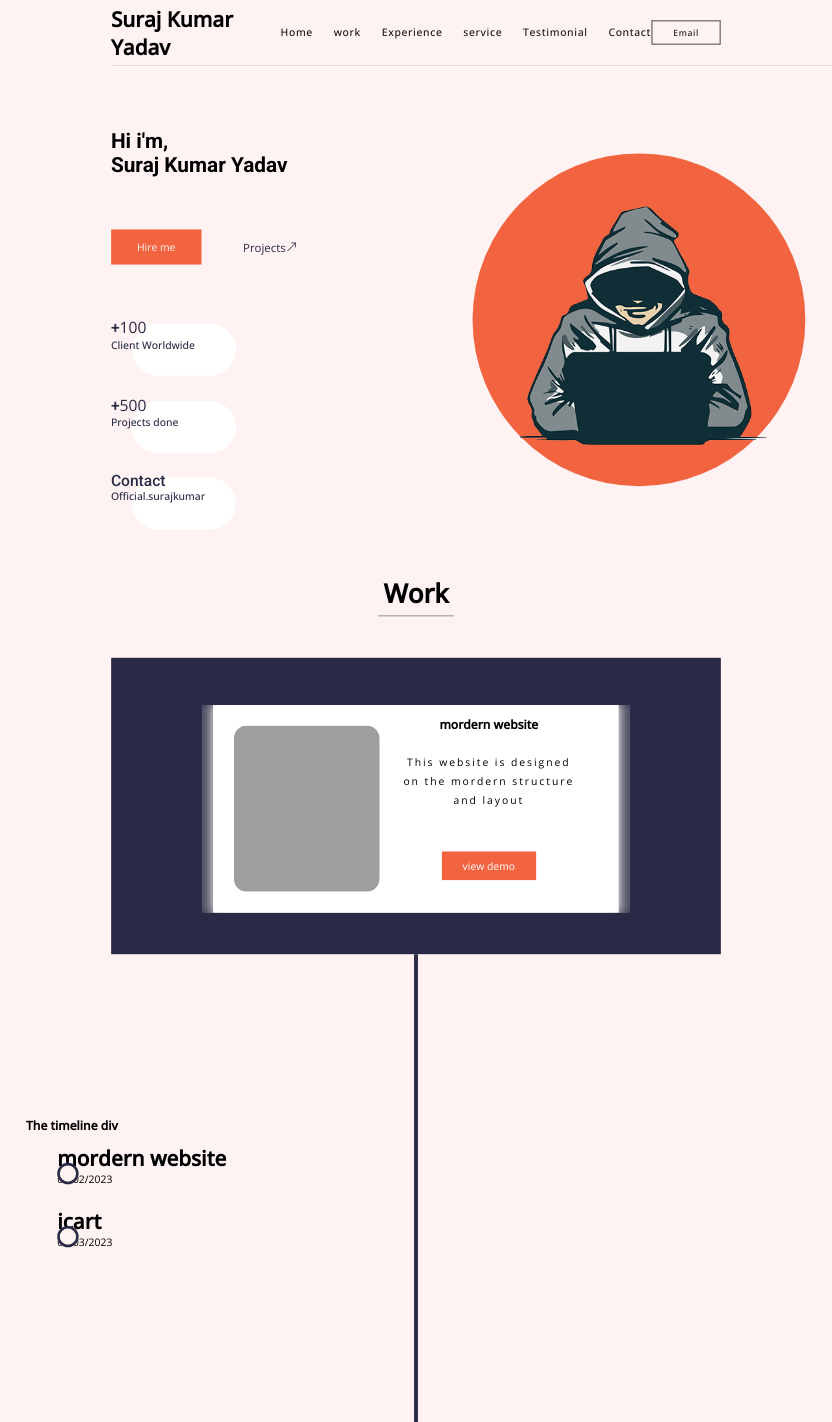
Repository: suraj-yadav7/portfolio-reactjs
Page: /
An editor plug-in stored every save of this project. The page is shown before and after the next save, followed by the edit.
The browser window is 1280 px wide. The pictures show the whole page, at 65% of full size.
Pictures or frames that could not be fetched are drawn as grey boxes. The project was rebuilt for these pictures with package versions that can differ from the ones it lists, and the page was loaded fresh each time.

Above is the page before, as saved 2023-04-10 19:04:19.

### src/index.js
import React from 'react';
import ReactDOM from 'react-dom/client';
import App from './App';
import './styles/app.scss'

const root = ReactDOM.createRoot(document.getElementById('root'));
root.render(
  <React.StrictMode>
    <App />
  </React.StrictMode>
);

### src/App.js
import Header from "./components/Header";
import Home from "./components/Home";
import Work from "./components/Work";
import Timeline from "./components/Timeline";


function App() {
  return (
    <>
      <Header/>
      <Home/>
      <Work/>
      <Timeline/>
    </>
  );
}

export default App;

### src/styles/app.scss
@import url('https://fonts.googleapis.com/css2?family=Open+Sans:wght@300;400;500&family=Roboto:ital,wght@0,300;0,500;0,700;1,700&display=swap');


@import "statics";
@import "animation";
@import "header";
@import "home";
@import "work";
@import "timeline";


* {
  margin: 0%;
  padding: 0%;
  font-family: $text2;
  box-sizing: border-box;
  scroll-behavior: smooth;
}
a {
  text-decoration: none;
}

body {
  background-color: $color1;
  overflow-x: hidden;
}

.disableBtn {
  color: $color6 !important;
  background-color: rgb(191, 191, 191) !important;
  cursor: not-allowed !important;
}

#customMessage {
  font: 900 2rem $text2;
  width: 100%;
  height: 100vh;
  display: grid;
  place-items: center;
}

/*
@import "statics";
@import "animation";
@import "header";  //the statice values are available to header bcz statics is "import" above ii
@import "home";
@import "work";

*{
    margin:0;
    padding:0;
    box-sizing: border-box;
    font-family: $text1;
    scroll-behavior: smooth;
}
a{
    text-decoration: none;
}

body{
    background-color: $color1;
    overflow-x: hidden;
}

.disableBtn {
    background-color: rgb(237,237,237);
    cursor: not-allowed;
}
*/

### src/components/Header.jsx


import React from "react"

const Header = ()=>{
    return(
        <nav>
            <NavContent/>
        </nav>
    )
};

const NavContent = () =>{
    return(

        <>
        <h2>Suraj Kumar Yadav</h2>
        <div>
            <a href="#home">Home</a>
            <a href="#work">work</a>
            <a href="#timeline">Experience</a>
            <a href="#service">service</a>
            <a href="#testimonial">Testimonial</a>
            <a href="#Contact">Contact</a>
        </div>
        <a href="mailto: official.surajkumar@gmail.com">
            <button>Email</button>
        </a>
        </>
        )
}


export default Header;

### src/components/Home.jsx
import { BsArrowUpRight, BsChevronDown } from "react-icons/bs";
import {React,useRef} from 'react'
import { animate, motion } from "framer-motion"
// import { Typewriter} from 'typewriter-effect'
import me from "../assets/me.png"


const Home = () => {

  const clientCount = useRef(null)
  const projectCount = useRef(null)

  const animationClientCount = ()=>{
        animate(0,100,{
          duration: 1,
          onUpdate:(v)=>(clientCount.current.textContent=v.toFixed())
        })
  }


  const animationProjectCount = ()=>{
    animate(0,500,{
      duration: 1,
      onUpdate:(v)=>(projectCount.current.textContent=v.toFixed())
    })
}

  const animation = {
    h1: {
      initial: {
        x: "-100%",
        opacity: 0
      },
      whileInView: {
        x: 0,
        opacity: 1
      }
    },
    button: {
      initial: {
        y: "-100%",
        opacity: 0
      },
      whileInView: {
        y: 0,
        opacity: 1
      }
    }
  }

  return (
    <>
      <div id="home">
        <section>
          <div>
            <motion.h1 {...animation.h1} >
              Hi i'm, <br /> Suraj Kumar Yadav
            </motion.h1>

            {/* <Typewriter options={{
              strings:["A developer", "A Designer"],
              autoStart: true,
              loop: true,
              wrapperClassName:"typewriterpara"

            }} />  */}


            <div>
              <a href="mailto:surajkumar@gmail.com">Hire me</a>
              <a href="#work">Projects <BsArrowUpRight /></a>
            </div>

            <article>
              <p>
                +<motion.span whileInView={animationClientCount} ref={clientCount}>100</motion.span>
              </p>
              <span>Client Worldwide</span>
            </article>

            <aside>
              <article>
                <p>
                  +<motion.span ref={projectCount} whileInView={animationProjectCount}>5000</motion.span>
                </p>
                <span>Projects done</span>
              </article>
            </aside>

            <article>
              <p>
                Contact</p>
              <span>Official.surajkumar</span>
            </article>
          </div>
        </section>

        <section>
          <img src={me} alt="myimage"></img>
        </section>
      </div>
    </>
  )
}

export default Home

### src/components/Work.jsx
import React from 'react'
import { Carousel } from 'react-responsive-carousel'
import "react-responsive-carousel/lib/styles/carousel.min.css"
import data from "../assets/data.json"

const Work = () => {
  return (
  <>
  <div id='work'>
    <h2>Work</h2>
    <section>
        <article>
            <Carousel showArrows={false}
            showIndicators={false}
            showStatus={false}
            showThumbs={false}
            interval={2000}
            infiniteLoop={true}
            autoPlay={true}
             >
                {
                    data.projects.map(i=>(
                        <div key={i.key} className="workItem">
                            <img src={i.imgSrc} href={i.title}/>
                            <aside>
                                <h3>{i.title}</h3>
                                <p>{i.description}</p>
                                <a href={i.url} target="blank"> view demo </a>
                            </aside>
                        </div>
                    ))
                }
            </Carousel>
        </article>
    </section>
  </div>
  </>
  )
}

export default Work

### src/components/Timeline.jsx
import React from "react";
import data from "../assets/data.json"

const Timeline=()=>{
    return(
        <>
        <div id="timeline">
            <div className="timelineBox">
                <h3>The timeline div </h3>
                    {
            data.projects.map((item,index)=>(
                <TimelineItem heading={item.title} text={item.date} index={index} key={index }/>
                ))
            }
            </div>
        </div>
        </>
    )
}


const TimelineItem =({heading,text,index})=>(

        <>
    <div className={`timelineItem ${index%2===0?"leftTimeline":"rightTimeline"}`}>
        <h1>{heading}</h1>
        <p>{text}</p>

    </div>
    </>
    )




export default Timeline;

### src/styles/statics.scss
$text1:"Roboto", sans-serif;
$text2:"Open sans", sans-serif;

$color1: #fef2f2;
$color2: #286f6c;
$color2_1: #174340;
$color3: #f26440;
$color3_1: #ad4126;
$color3_light: rgb(249 141 141);
$color4: #fff;
$color5: #292b46;
$color6: #161616;
$color6_1: #16161698;
$color6_2: #16161622;


$p: 13.33vmax;
$p_md: 7vmax;
$p_base: 5vmax;
$p_base_INVERSE: 10vmax 15vmax;
$p_sm: 2vmax;
$p_sm_inverse: 13vmax 0;
$p_zero: 0;

### src/styles/animation.scss

@keyframes animateSvg {
    to {
      transform: translate(-50%, -10px);
    }
  }

  @keyframes upanddown {
    to {
      transform: translateY(-5px);
    }
  }

  @keyframes upupdowndown {
    to {
      transform: translateY(-10px);
    }
  }

### src/styles/header.scss


nav{
    width:100%;
    height:100px;
    background-color: $color1;
    display: flex;
    align-items: center;
    justify-content: space-between;
    padding: 0px $p;
    position: sticky;
    top:0;
    z-index: 60%;
    >h2{
        font-size:2rem;
    }
    >div{
        display: flex;
        align-items: center;
        gap:2rem;
        a{
            color: $color6;
            font-weight: 500;
            transition: all 0.3s;
            letter-spacing: 1px;
            &:hover{
                color:$color3;
            }
        }
    }
    >a >button{
        border: 2px solid $color6_1;
        padding: 0.5rem 2rem;
        background-color: $color1;
        cursor: pointer;
        color: $color6;
        letter-spacing: 1px;
        font-weight: 500;
        transition: all 0.3s;
        &:hover{
           background-color: $color6;
            color: $color4;
        }
    }
}

### src/styles/home.scss
#home {
    width: 100%;
    height: 90vh;
    display: flex;

    > section {
      width: 100%;

      &:first-of-type {
        padding-left: $p;

        > div {
          border-top: 1px solid $color6_2;
          height: 100%;
          padding-top: 6rem;
          > h1 {
            font: 600 2rem $text1;
          }

        //   .typewriterpara {
        //     margin: 20px 0;
        //     height: 20px;
        //     letter-spacing: 5px;
        //   }

          > div {
            display: flex;
            margin: 5rem 0;
            width: 70%;
            gap: 4rem;
            align-items: center;
            > a {
              &:first-of-type {
                background-color: $color3;
                color: $color1;
                padding: 1rem 2.5rem;
                transition: all 0.3s;
                &:hover {
                  background-color: $color3_1;
                }
              }
              &:last-of-type {
                font: 400 1.1rem $text2;
                color: $color5;
                display: flex;
                align-items: center;
              }
            }
          }

          aside {
            display: flex;
            justify-content: space-between;
            width: 70%;
          }

          article {
            margin: 2rem 0;
            width: 10rem;
            color: $color5;
            position: relative;

            &::after {
              content: "";
              background-color: $color4;
              width: 100%;
              height: 5rem;
              border-radius: 50px;
              position: absolute;
              top: 20%;
              left: 20%;
              z-index: -1;
            }
            > p {
              font: 400 1.5rem $text1;
            }
            > span {
              font: 500 1rem $text2;
            }
          }

          article[data-special] {
            width: 16rem;
          }
        }
      }

      &:last-of-type {
        border-top: 1px solid $color6_2;
        display: flex;
        flex-direction: column;
        justify-content: flex-end;
        align-items: center;
        overflow-x: hidden;

        &::after {
          content: "";
          width: 40vmax;
          height: 40vmax;
          background-color: $color3;
          position: absolute;
          z-index: -1;
          border-radius: 50%;
        }

        > img {
          width: 40vmax;
          object-fit: contain;
          height: 40vmax;
        }
      }
    }


  }

### src/styles/work.scss
#work {
    width: 100%;
    height: 100vh;
    padding: 8rem $p;
    > h2 {
      font: 700 2.5rem $text2;
      width: fit-content;
      border-bottom: 1px solid $color6_1;
      padding: 0.5rem;
      margin: auto;
    }

    > section {
      margin-top: 4rem;
      width: 100%;
      height: 100%;
      background-color: $color5;
      display: flex;
      align-items: center;
      justify-content: center;

      > article {
        width: 70%;
        height: 25vmax;
      }

      .workItem {
        overflow-y: auto;
        height: 25vmax;
        width: 95%;
        margin: auto;
        background-color: $color4;
        display: flex;
        padding: 2rem;
        box-shadow: 0 0 20px 5px $color1;

        > img {
          border-radius: 20px;
          width: 40%;
          object-fit: cover;
        }

        > aside {
          width: 60%;
          display: flex;
          flex-direction: column;
          justify-content: center;
          align-items: center;

          > p {
            letter-spacing: 3px;
            line-height: 180%;
            margin: 2rem;
          }
          > a {
            background-color: $color3;
            padding: 0.7rem 2rem;
            margin: 2rem;
            color: $color4;
            transition: all 0.5s;
            &:hover {
              background-color: $color3_1;
            }
          }
        }
      }
    }
  }

### src/styles/timeline.scss
#timeline {
    width: 100%;
    height: 100vh;
    background-color: $color1;

    .timelineBox {
    width: 100%;
    height: 100%;
    position: relative;
    max-width: 1200px;
    margin:0 auto;
    display: flex;
    flex-direction: column;
    justify-content: center;
        &::after{
            content:"";
            position:absolute;
            width: 6px;
            top: 0;
            bottom: 0;
            background-color: $color5;
            left: 50%;
            margin-left: -3px;
        }
    }

    .timelineItem{
        padding: 1rem 3rem;
        position: relative;
        background-color: inherit;
        width: 50%;
        &::after{
            content: "";
            position: absolute;
            width: 25px;
            height: 25px;
            background-color: $color1;
            border: 4px solid $color5;
            top:45px;
            border-radius: 50%;
            z-index:1;
        }
    }

    }

### src/assets/data.json
{

    "projects" :[
        {
            "date":"06/02/2023",
            "title" : "mordern website",
            "description" : "This website is designed on the mordern structure and layout",
            "url" : "https://www.pixabay.com",
            "imgSrc" : "https://cdn.pixabay.com/photo/2017/05/10/12/41/hacker-2300772_1280.jpg"

        },
        {
            "date":"05/03/2023",
            "title" : "icart",
            "description" : "This website is designed on the mordern structure and layout of ecommerce website",
            "url" : "https://www.pixabay.com",
            "imgSrc" : "https://pixabay.com/photos/hacker-silhouette-hack-anonymous-3342696/"
        }

    ]

}

Loaded but not shown: public/index.html (common file)

After the next save:
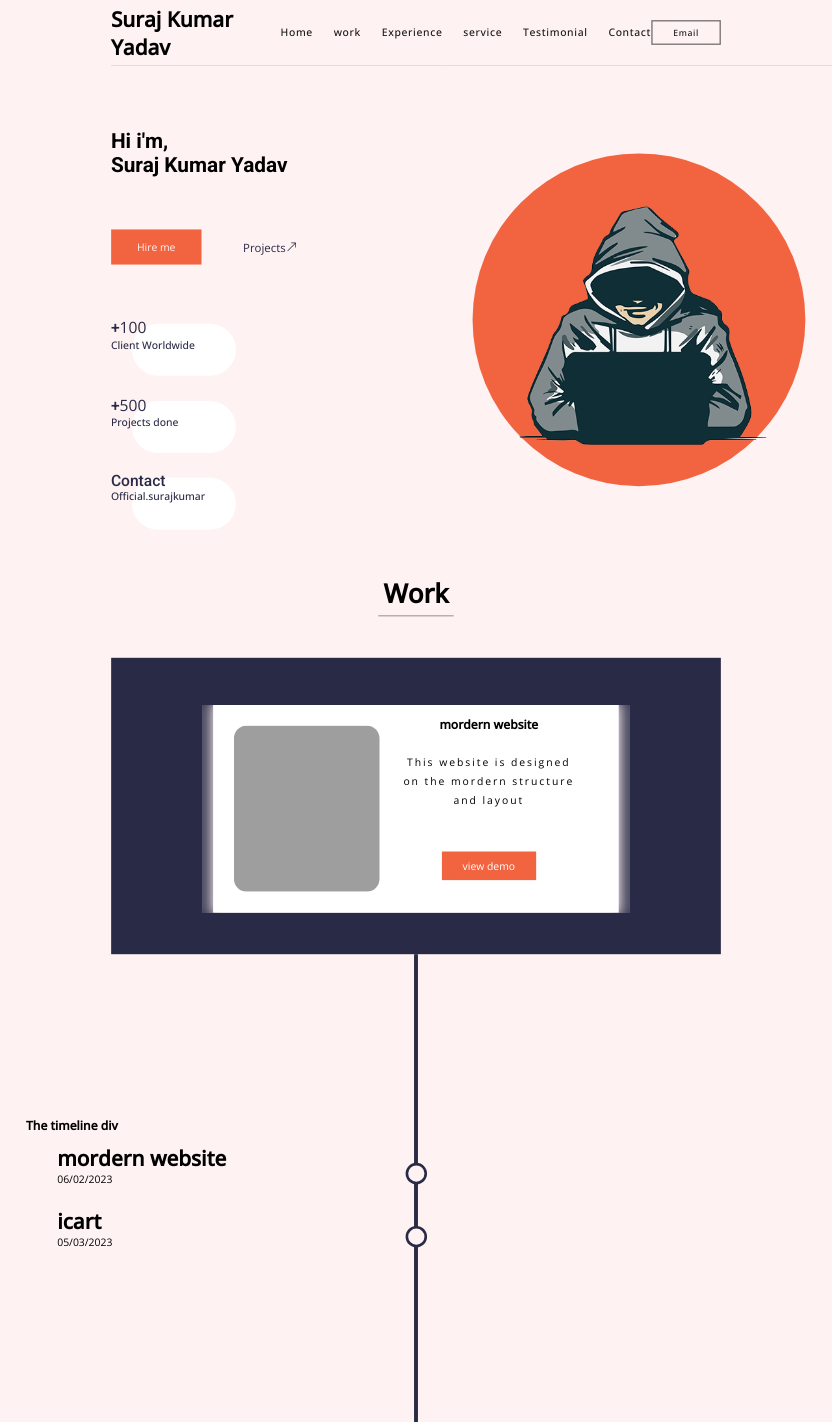
Saved 32 s later.
--- a/src/styles/timeline.scss
+++ b/src/styles/timeline.scss
@@ -34,6 +34,7 @@
             position: absolute;
             width: 25px;
             height: 25px;
+            right: -17px;
             background-color: $color1;
             border: 4px solid $color5;
             top:45px;
